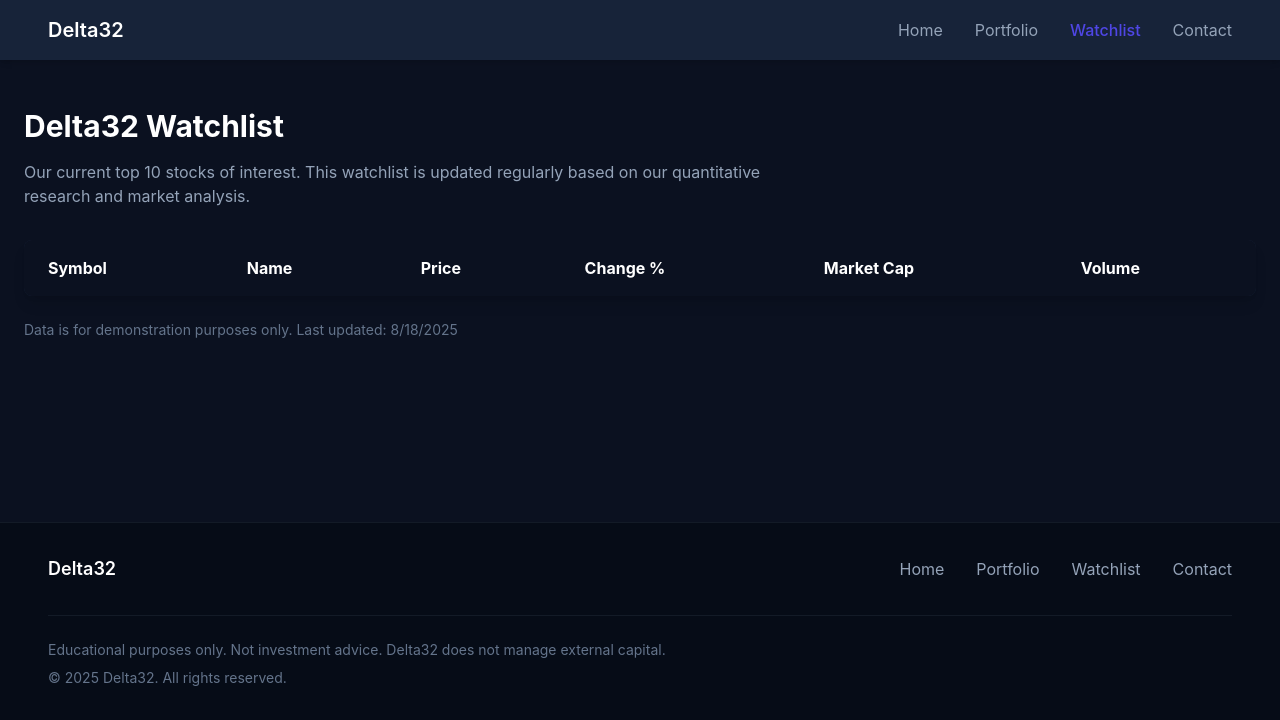
Repository: RCRRTOW3R2/DELTA32.2
Page: /watchlist
These files come from the project's save history. The page is drawn as it stood at one moment and after the next save; the edit follows.
The browser window is 1280 px wide. The pictures show the whole page.
The page's requests for data from a server got no answer. The project was rebuilt for these pictures with package versions that can differ from the ones it lists, and the page was loaded fresh each time. No one was signed in, and anything a server would have sent is missing. Also part of the build but not shown: vite.config.ts, pages/home.tsx, pages/portfolio.tsx, pages/contact.tsx.

Above is the page before, as saved 2025-08-19 12:05:38.

### index.html
<!doctype html>
<html lang="en">
  <head>
    <meta charset="UTF-8" />
    <link rel="icon" type="image/svg+xml" href="/delta32-logo.svg" />
    <meta name="viewport" content="width=device-width, initial-scale=1.0" />
    <title>Delta32 - Investment Research & Trading Lab</title>
  </head>
  <body>
    <div id="root"></div>
    <script type="module" src="/index.tsx"></script>
  </body>
</html>

### index.tsx
import React from 'react'
import './index.css'
import { createRoot } from 'react-dom/client'
import { AppRouter } from './AppRouter'

const container = document.getElementById('root')!
const root = createRoot(container)
root.render(<AppRouter />)

### index.css
/* PLEASE NOTE: THESE TAILWIND IMPORTS SHOULD NEVER BE DELETED */
@import 'tailwindcss/base';
@import 'tailwindcss/components';
@import 'tailwindcss/utilities';
/* DO NOT DELETE THESE TAILWIND IMPORTS, OTHERWISE THE STYLING WILL NOT RENDER AT ALL */
@import url('https://fonts.googleapis.com/css2?family=Inter:wght@300;400;500;600;700&display=swap');
body {
  margin: 0;
  font-family: 'Inter', sans-serif;
  -webkit-font-smoothing: antialiased;
  -moz-osx-font-smoothing: grayscale;
  background-color: #0b1120;
  color: #ffffff;
}
* {
  box-sizing: border-box;
}

### AppRouter.tsx
import React from 'react'
import { BrowserRouter, Routes, Route } from 'react-router-dom'
import { App } from './App'
import Home from './pages/home'
import Portfolio from './pages/portfolio'
import Watchlist from './pages/watchlist'
import Contact from './pages/contact'
export function AppRouter() {
  return (
    <BrowserRouter>
      <Routes>
        <Route path="/" element={<App />}>
          <Route index element={<Home />} />
          <Route path="portfolio" element={<Portfolio />} />
          <Route path="watchlist" element={<Watchlist />} />
          <Route path="contact" element={<Contact />} />
        </Route>
      </Routes>
    </BrowserRouter>
  )
}

### App.tsx
import React from 'react'
import { Outlet } from 'react-router-dom'
import Navbar from './components/Navbar'
import Footer from './components/Footer'
export function App() {
  return (
    <div className="flex flex-col min-h-screen bg-primary text-white">
      <Navbar />
      <main className="flex-grow">
        <Outlet />
      </main>
      <Footer />
    </div>
  )
}

### pages/watchlist.tsx
import React, { useEffect, useState } from 'react'
import { ArrowUpIcon, ArrowDownIcon, Loader2Icon } from 'lucide-react'
import {
  StockData,
  fetchGoogleSheetsData,
  formatMarketCap,
  formatLargeNumber,
} from '../utils/googleSheetsApi'
const Watchlist = () => {
  const [stocks, setStocks] = useState<StockData[]>([])
  const [loading, setLoading] = useState<boolean>(true)
  const [sortConfig, setSortConfig] = useState<{
    key: keyof StockData
    direction: 'ascending' | 'descending'
  } | null>(null)
  useEffect(() => {
    const loadStocks = async () => {
      try {
        const data = await fetchStockData()
        setStocks(data)
        setLoading(false)
      } catch (error) {
        console.error('Error fetching stock data:', error)
        setLoading(false)
      }
    }
    loadStocks()
  }, [])
  const requestSort = (key: keyof StockData) => {
    let direction: 'ascending' | 'descending' = 'ascending'
    if (
      sortConfig &&
      sortConfig.key === key &&
      sortConfig.direction === 'ascending'
    ) {
      direction = 'descending'
    }
    setSortConfig({
      key,
      direction,
    })
  }
  const getSortedStocks = () => {
    if (!sortConfig) return stocks
    return [...stocks].sort((a, b) => {
      if (a[sortConfig.key] < b[sortConfig.key]) {
        return sortConfig.direction === 'ascending' ? -1 : 1
      }
      if (a[sortConfig.key] > b[sortConfig.key]) {
        return sortConfig.direction === 'ascending' ? 1 : -1
      }
      return 0
    })
  }
  const sortedStocks = getSortedStocks()
  return (
    <div className="bg-primary w-full px-6 py-12">
      <div className="max-w-7xl mx-auto">
        <div className="mb-8">
          <h1 className="text-3xl font-bold mb-4">Delta32 Watchlist</h1>
          <p className="text-slate-light max-w-3xl">
            Our current top 10 stocks of interest. This watchlist is updated
            regularly based on our quantitative research and market analysis.
          </p>
        </div>
        <div className="bg-primary-light rounded-lg overflow-hidden shadow-lg">
          {loading ? (
            <div className="flex justify-center items-center py-20">
              <Loader2Icon className="animate-spin text-secondary" size={32} />
              <span className="ml-2 text-slate-light">
                Loading stock data...
              </span>
            </div>
          ) : (
            <div className="overflow-x-auto">
              <table className="w-full">
                <thead>
                  <tr className="bg-primary text-left">
                    <th
                      className="px-6 py-4 cursor-pointer hover:bg-primary-dark"
                      onClick={() => requestSort('symbol')}
                    >
                      <div className="flex items-center">
                        Symbol
                        {sortConfig?.key === 'symbol' &&
                          (sortConfig.direction === 'ascending' ? (
                            <ArrowUpIcon size={16} className="ml-1" />
                          ) : (
                            <ArrowDownIcon size={16} className="ml-1" />
                          ))}
                      </div>
                    </th>
                    <th className="px-6 py-4">Name</th>
                    <th
                      className="px-6 py-4 cursor-pointer hover:bg-primary-dark"
                      onClick={() => requestSort('price')}
                    >
                      <div className="flex items-center">
                        Price
                        {sortConfig?.key === 'price' &&
                          (sortConfig.direction === 'ascending' ? (
                            <ArrowUpIcon size={16} className="ml-1" />
                          ) : (
                            <ArrowDownIcon size={16} className="ml-1" />
                          ))}
                      </div>
                    </th>
                    <th
                      className="px-6 py-4 cursor-pointer hover:bg-primary-dark"
                      onClick={() => requestSort('changePercent')}
                    >
                      <div className="flex items-center">
                        Change %
                        {sortConfig?.key === 'changePercent' &&
                          (sortConfig.direction === 'ascending' ? (
                            <ArrowUpIcon size={16} className="ml-1" />
                          ) : (
                            <ArrowDownIcon size={16} className="ml-1" />
                          ))}
                      </div>
                    </th>
                    <th
                      className="px-6 py-4 cursor-pointer hover:bg-primary-dark"
                      onClick={() => requestSort('marketCap')}
                    >
                      <div className="flex items-center">
                        Market Cap
                        {sortConfig?.key === 'marketCap' &&
                          (sortConfig.direction === 'ascending' ? (
                            <ArrowUpIcon size={16} className="ml-1" />
                          ) : (
                            <ArrowDownIcon size={16} className="ml-1" />
                          ))}
                      </div>
                    </th>
                    <th
                      className="px-6 py-4 cursor-pointer hover:bg-primary-dark"
                      onClick={() => requestSort('volume')}
                    >
                      <div className="flex items-center">
                        Volume
                        {sortConfig?.key === 'volume' &&
                          (sortConfig.direction === 'ascending' ? (
                            <ArrowUpIcon size={16} className="ml-1" />
                          ) : (
                            <ArrowDownIcon size={16} className="ml-1" />
                          ))}
                      </div>
                    </th>
                  </tr>
                </thead>
                <tbody>
                  {sortedStocks.map((stock) => (
                    <tr
                      key={stock.symbol}
                      className="border-t border-slate-dark/20 hover:bg-primary/50 transition-colors"
                    >
                      <td className="px-6 py-4 font-medium">{stock.symbol}</td>
                      <td className="px-6 py-4 text-slate-light">
                        {stock.name}
                      </td>
                      <td className="px-6 py-4">${stock.price.toFixed(2)}</td>
                      <td
                        className={`px-6 py-4 ${stock.changePercent >= 0 ? 'text-green-500' : 'text-red-500'}`}
                      >
                        <div className="flex items-center">
                          {stock.changePercent >= 0 ? (
                            <ArrowUpIcon size={16} className="mr-1" />
                          ) : (
                            <ArrowDownIcon size={16} className="mr-1" />
                          )}
                          {stock.changePercent.toFixed(2)}%
                        </div>
                      </td>
                      <td className="px-6 py-4 text-slate-light">
                        {formatMarketCap(stock.marketCap)}
                      </td>
                      <td className="px-6 py-4 text-slate-light">
                        {formatLargeNumber(stock.volume)}
                      </td>
                    </tr>
                  ))}
                </tbody>
              </table>
            </div>
          )}
        </div>
        <div className="mt-6 text-sm text-slate">
          <p>
            Data is for demonstration purposes only. Last updated:{' '}
            {new Date().toLocaleDateString()}
          </p>
        </div>
      </div>
    </div>
  )
}
export default Watchlist

### components/navbar.tsx
import React, { useState } from 'react'
import { Link, useLocation } from 'react-router-dom'
import { MenuIcon, XIcon } from 'lucide-react'
const Navbar = () => {
  const [isOpen, setIsOpen] = useState(false)
  const location = useLocation()
  const navItems = [
    {
      name: 'Home',
      path: '/',
    },
    {
      name: 'Portfolio',
      path: '/portfolio',
    },
    {
      name: 'Watchlist',
      path: '/watchlist',
    },
    {
      name: 'Contact',
      path: '/contact',
    },
  ]
  const toggleMenu = () => setIsOpen(!isOpen)
  return (
    <nav className="bg-primary-light py-4 px-6 md:px-12 sticky top-0 z-50 shadow-md">
      <div className="max-w-7xl mx-auto flex justify-between items-center">
        <Link to="/" className="flex items-center">
          <span className="text-xl font-semibold">Delta32</span>
        </Link>
        {/* Desktop Navigation */}
        <div className="hidden md:flex space-x-8">
          {navItems.map((item) => (
            <Link
              key={item.path}
              to={item.path}
              className={`transition-colors hover:text-secondary-light ${location.pathname === item.path ? 'text-secondary font-medium' : 'text-slate-light'}`}
            >
              {item.name}
            </Link>
          ))}
        </div>
        {/* Mobile Menu Button */}
        <div className="md:hidden">
          <button
            onClick={toggleMenu}
            className="text-slate-light hover:text-white"
          >
            {isOpen ? <XIcon size={24} /> : <MenuIcon size={24} />}
          </button>
        </div>
      </div>
      {/* Mobile Navigation */}
      {isOpen && (
        <div className="md:hidden absolute top-16 left-0 right-0 bg-primary-light py-4 px-6 shadow-lg">
          <div className="flex flex-col space-y-4">
            {navItems.map((item) => (
              <Link
                key={item.path}
                to={item.path}
                className={`transition-colors hover:text-secondary-light ${location.pathname === item.path ? 'text-secondary font-medium' : 'text-slate-light'}`}
                onClick={toggleMenu}
              >
                {item.name}
              </Link>
            ))}
          </div>
        </div>
      )}
    </nav>
  )
}
export default Navbar

### components/footer.tsx
import React from 'react'
import { Link } from 'react-router-dom'
const Footer = () => {
  return (
    <footer className="bg-primary-dark py-8 px-6 md:px-12 border-t border-slate-dark/20">
      <div className="max-w-7xl mx-auto">
        <div className="flex flex-col md:flex-row justify-between items-start md:items-center mb-8">
          <div className="flex items-center mb-6 md:mb-0">
            <span className="text-lg font-semibold">Delta32</span>
          </div>
          <div className="flex flex-col md:flex-row space-y-4 md:space-y-0 md:space-x-8">
            <Link
              to="/"
              className="text-slate-light hover:text-white transition-colors"
            >
              Home
            </Link>
            <Link
              to="/portfolio"
              className="text-slate-light hover:text-white transition-colors"
            >
              Portfolio
            </Link>
            <Link
              to="/watchlist"
              className="text-slate-light hover:text-white transition-colors"
            >
              Watchlist
            </Link>
            <Link
              to="/contact"
              className="text-slate-light hover:text-white transition-colors"
            >
              Contact
            </Link>
          </div>
        </div>
        <div className="border-t border-slate-dark/20 pt-6 text-sm text-slate">
          <p className="mb-2">
            Educational purposes only. Not investment advice. Delta32 does not
            manage external capital.
          </p>
          <p>© {new Date().getFullYear()} Delta32. All rights reserved.</p>
        </div>
      </div>
    </footer>
  )
}
export default Footer

### utils/googleSheetsApi.ts
// Google Sheets API integration for stock data
export interface StockData {
  symbol: string
  name: string
  price: number
  change: number
  changePercent: number
  marketCap: number
  volume: number
}

// Google Sheets configuration
const GOOGLE_SHEETS_API_KEY = process.env.REACT_APP_GOOGLE_SHEETS_API_KEY || ''
const SHEET_ID = process.env.REACT_APP_GOOGLE_SHEET_ID || ''
const SHEET_RANGE = 'STOCKS!A:G' // Matches your STOCKS tab structure

export const fetchGoogleSheetsData = async (): Promise<StockData[]> => {
  try {
    if (!GOOGLE_SHEETS_API_KEY || !SHEET_ID) {
      console.warn('Google Sheets API credentials not configured. Using mock data.')
      return fetchMockStockData()
    }

    const url = `https://sheets.googleapis.com/v4/spreadsheets/${SHEET_ID}/values/${SHEET_RANGE}?key=${GOOGLE_SHEETS_API_KEY}`

    const response = await fetch(url)
    if (!response.ok) throw new Error('Failed to fetch Google Sheets data')

    const data = await response.json()
    const rows = data.values

    // Skip header row and map to StockData based on your sheet structure
    return rows.slice(1)
      .filter((row: string[]) => row[0] && row[0].trim()) // Only include rows with symbols
      .map((row: string[]) => ({
        symbol: row[0] || '',
        name: row[1] || '',
        price: parseFloat(row[4]) || 0, // Column E (CURRENT PRICE)
        change: parseFloat(row[5]) || 0, // Column F (CHANGE)
        changePercent: parseFloat(row[6]) || 0, // Column G (CHANGE %)
        marketCap: 0, // Not in your current sheet, could add if needed
        volume: 0 // Not in your current sheet, could add if needed
      }))
  } catch (error) {
    console.error('Error fetching Google Sheets data:', error)
    return fetchMockStockData()
  }
}

// Mock data fallback
const fetchMockStockData = (): Promise<StockData[]> => {
  const mockData: StockData[] = [
    {
      symbol: 'AAPL',
      name: 'Apple Inc.',
      price: 172.62,
      change: 2.35,
      changePercent: 1.38,
      marketCap: 2750000000000,
      volume: 58432100,
    },
    {
      symbol: 'MSFT',
      name: 'Microsoft Corp.',
      price: 337.2,
      change: 3.14,
      changePercent: 0.94,
      marketCap: 2510000000000,
      volume: 23145600,
    },
    // ... other stocks
  ]
  return Promise.resolve(mockData)
}

export const formatMarketCap = (marketCap: number): string => {
  if (marketCap >= 1000000000000) {
    return `$${(marketCap / 1000000000000).toFixed(2)}T`
  } else if (marketCap >= 1000000000) {
    return `$${(marketCap / 1000000000).toFixed(2)}B`
  } else if (marketCap >= 1000000) {
    return `$${(marketCap / 1000000).toFixed(2)}M`
  } else {
    return `$${marketCap.toLocaleString()}`
  }
}

export const formatLargeNumber = (num: number): string => {
  return num.toLocaleString()
}

### tailwind.config.js
/** @type {import('tailwindcss').Config} */
export default {
  content: [
    "./index.html",
    "./**/*.{js,ts,jsx,tsx}",
  ],
    theme: {
      extend: {
        colors: {
          primary: {
            DEFAULT: "#0b1120", // Dark navy blue
            light: "#172339",
            dark: "#060c17",
          },
          secondary: {
            DEFAULT: "#4f46e5", // Indigo accent
            light: "#6366f1",
            dark: "#4338ca",
          },
          slate: {
            light: "#94a3b8",
            DEFAULT: "#64748b",
            dark: "#475569",
          }
        },
        fontFamily: {
          sans: ["Inter", "system-ui", "sans-serif"],
        }
      },
    },
  }

After the next save:
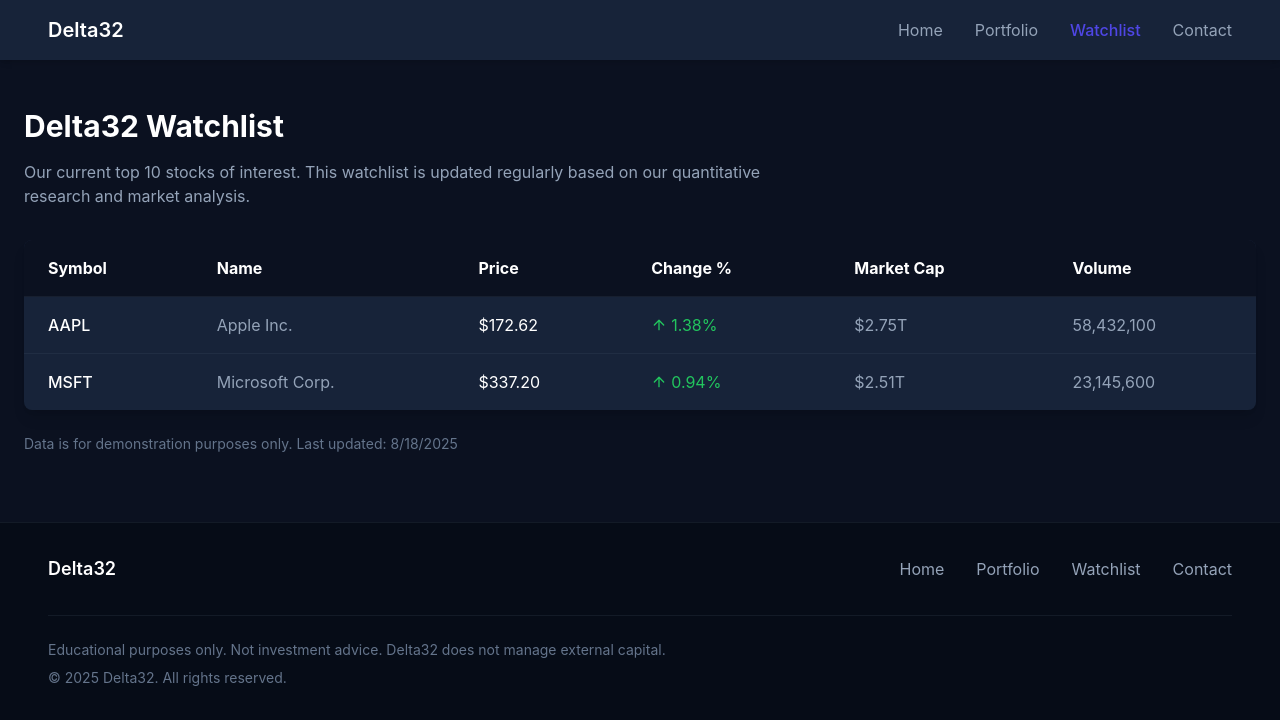
Saved 10 s later.
--- a/pages/watchlist.tsx
+++ b/pages/watchlist.tsx
@@ -16,7 +16,7 @@
   useEffect(() => {
     const loadStocks = async () => {
       try {
-        const data = await fetchStockData()
+        const data = await fetchGoogleSheetsData()
         setStocks(data)
         setLoading(false)
       } catch (error) {
